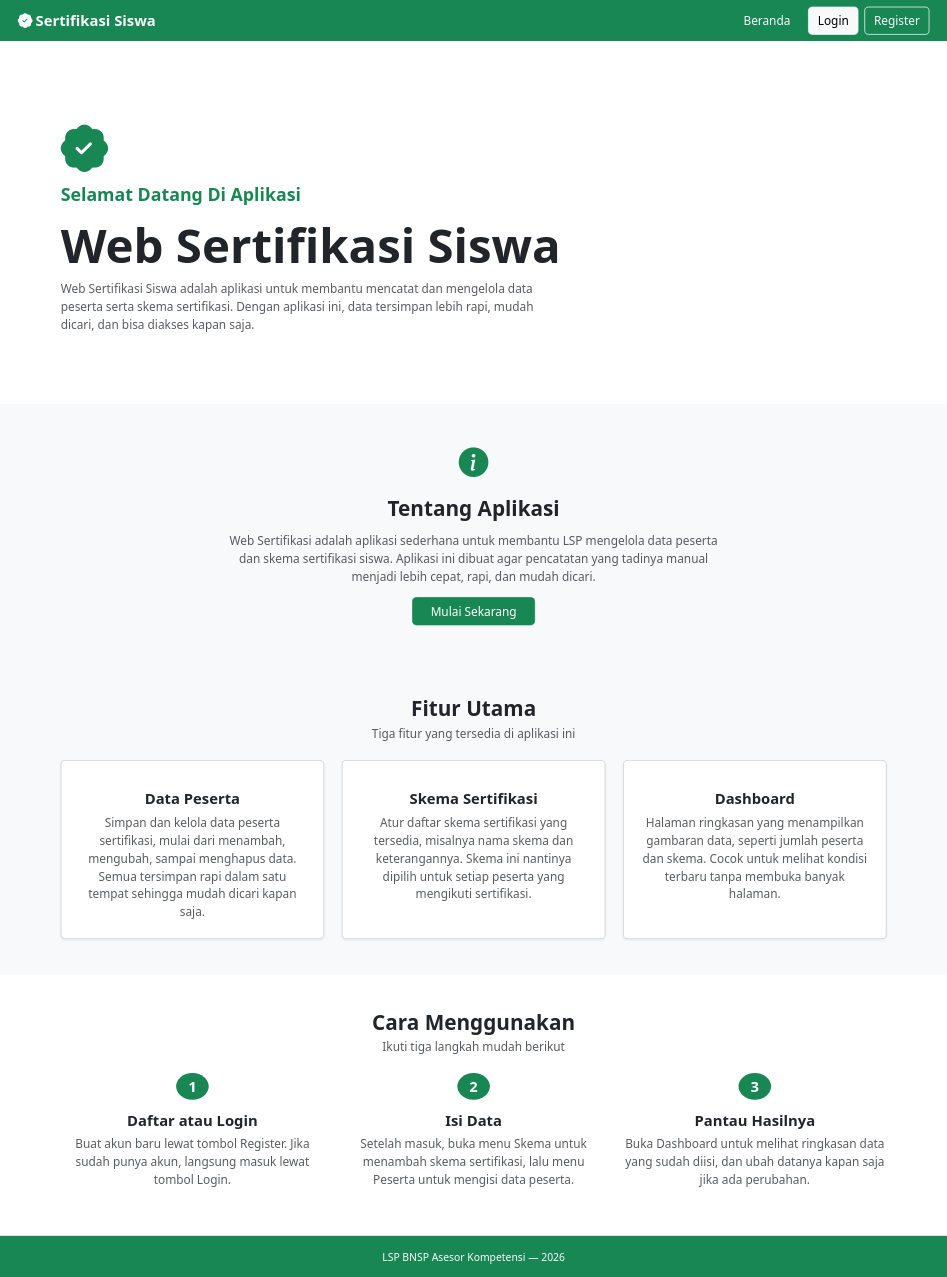
Repository: Zaki-Blip/USK_Project
Page: http://localhost/
An editor plug-in stored every save of this project. The page is shown before and after the next save, followed by the edit.
The browser window is 1280 px wide. The pictures show the whole page, at 74% of full size.
The page is served by the project's Laravel application, run on PHP 8.4 with Laravel 12.

Above is the page before, as saved 2026-10-13 18:13:31.

After the next save:
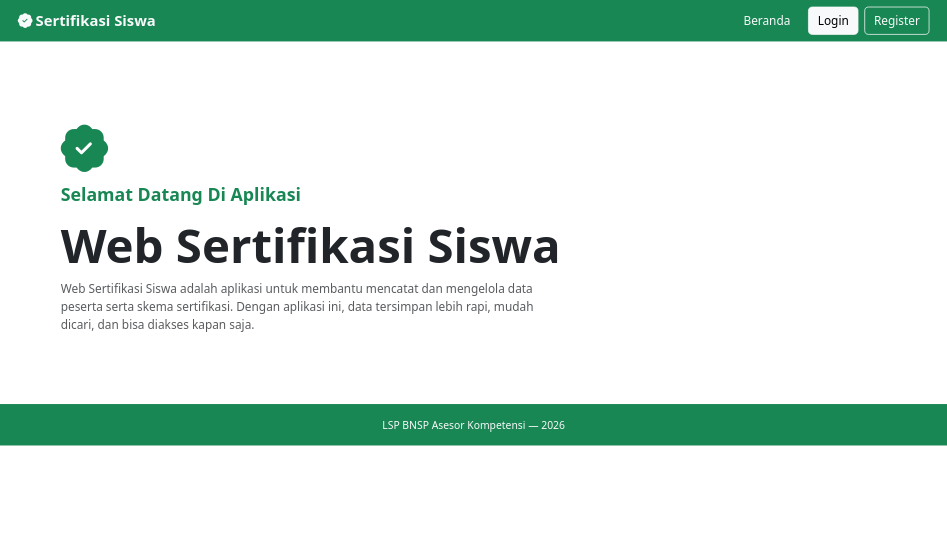
Saved 27 s later.
--- a/resources/views/halamanAwal.blade.php
+++ b/resources/views/halamanAwal.blade.php
@@ -47,94 +47,6 @@
         </p>
     </div>
 </section>
-<section id="tentang" class="bg-light py-5">
-    <div class="container text-center" style="max-width: 700px;">
-        <i class="bi bi-info-circle-fill text-success" style="font-size: 2.5rem;"></i>
-        <h3 class="fw-bold mt-3 mb-3">Tentang Aplikasi</h3>
-        <p class="text-muted">
-            Web Sertifikasi adalah aplikasi sederhana untuk membantu LSP mengelola data
-            peserta dan skema sertifikasi siswa. Aplikasi ini dibuat agar pencatatan yang
-            tadinya manual menjadi lebih cepat, rapi, dan mudah dicari.
-        </p>
-        <a href="{{ route('login') }}" class="btn btn-success px-4">Mulai Sekarang</a>
-    </div>
-</section>
-<section id="fitur" class="bg-light py-5">
-    <div class="container text-center">
-        <h3 class="fw-bold mb-1">Fitur Utama</h3>
-        <p class="text-muted mb-4">Tiga fitur yang tersedia di aplikasi ini</p>
-
-        <div class="row g-4">
-            <div class="col-md-4">
-                <div class="card h-100 shadow-sm p-4">
-                    <i class="text-success" style="font-size: 2.5rem;"></i>
-                    <h5 class="fw-bold mt-3">Data Peserta</h5>
-                    <p class="text-muted mb-0">
-                        Simpan dan kelola data peserta sertifikasi, mulai dari menambah,
-                        mengubah, sampai menghapus data. Semua tersimpan rapi dalam satu tempat
-                        sehingga mudah dicari kapan saja.
-                    </p>
-                </div>
-            </div>
-            <div class="col-md-4">
-                <div class="card h-100 shadow-sm p-4">
-                    <i class="text-success" style="font-size: 2.5rem;"></i>
-                    <h5 class="fw-bold mt-3">Skema Sertifikasi</h5>
-                    <p class="text-muted mb-0">
-                        Atur daftar skema sertifikasi yang tersedia, misalnya nama skema dan
-                        keterangannya. Skema ini nantinya dipilih untuk setiap peserta yang
-                        mengikuti sertifikasi.
-                    </p>
-                </div>
-            </div>
-            <div class="col-md-4">
-                <div class="card h-100 shadow-sm p-4">
-                    <i class="text-success" style="font-size: 2.5rem;"></i>
-                    <h5 class="fw-bold mt-3">Dashboard</h5>
-                    <p class="text-muted mb-0">
-                        Halaman ringkasan yang menampilkan gambaran data, seperti jumlah peserta
-                        dan skema. Cocok untuk melihat kondisi terbaru tanpa membuka banyak halaman.
-                    </p>
-                </div>
-            </div>
-        </div>
-    </div>
-</section>
-
-<section id="cara" class="container text-center py-5">
-    <h3 class="fw-bold mb-1">Cara Menggunakan</h3>
-    <p class="text-muted mb-4">Ikuti tiga langkah mudah berikut</p>
-
-    <div class="row g-4">
-        <div class="col-md-4">
-            <span class="badge bg-success rounded-circle fs-5 px-3 py-2">1</span>
-            <h5 class="fw-bold mt-3">Daftar atau Login</h5>
-            <p class="text-muted">
-                Buat akun baru lewat tombol Register. Jika sudah punya akun,
-                langsung masuk lewat tombol Login.
-            </p>
-        </div>
-        <div class="col-md-4">
-            <span class="badge bg-success rounded-circle fs-5 px-3 py-2">2</span>
-            <h5 class="fw-bold mt-3">Isi Data</h5>
-            <p class="text-muted">
-                Setelah masuk, buka menu Skema untuk menambah skema sertifikasi,
-                lalu menu Peserta untuk mengisi data peserta.
-            </p>
-        </div>
-        <div class="col-md-4">
-            <span class="badge bg-success rounded-circle fs-5 px-3 py-2">3</span>
-            <h5 class="fw-bold mt-3">Pantau Hasilnya</h5>
-            <p class="text-muted">
-                Buka Dashboard untuk melihat ringkasan data yang sudah diisi,
-                dan ubah datanya kapan saja jika ada perubahan.
-            </p>
-        </div>
-    </div>
-</section>
-
-
-
 <div class="bg-success text-light text-center py-3">
     <small>LSP BNSP Asesor Kompetensi — 2026</small>
 </div>
